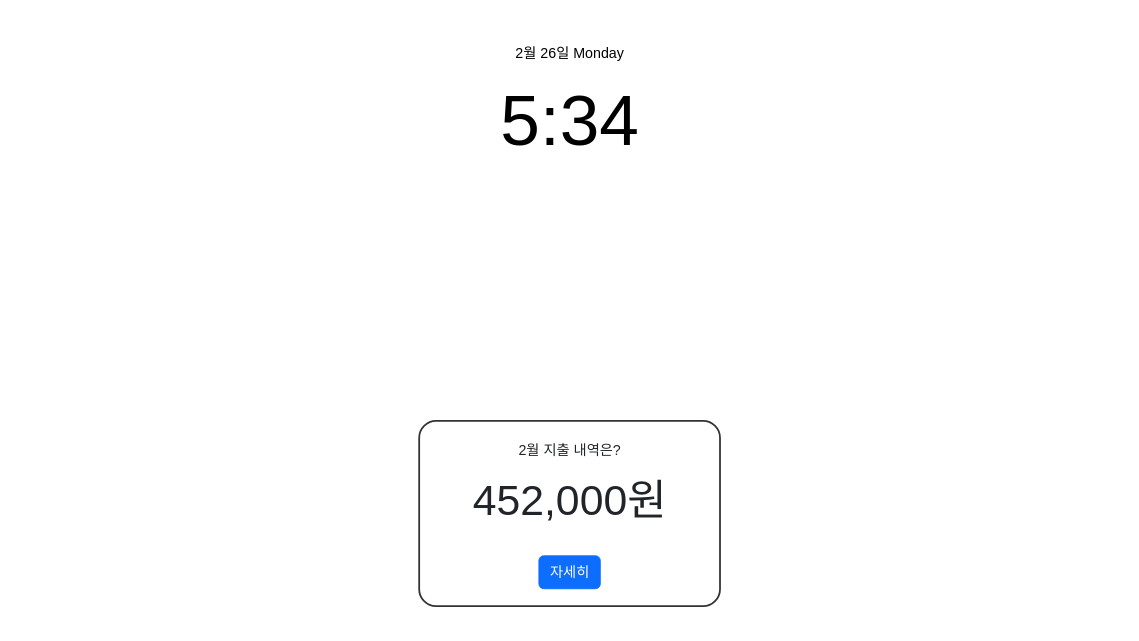
Repository: kimSummerrain/KairosHackathon
Page: venvs/karios/templates/startscreen.html
The author's editor kept a copy of each file at every save. The page is drawn from the files as they stood at one save, then again after the next save.
The browser window is 1280 px wide. The pictures show the whole page, at 89% of full size.

Above is the page before, as saved 2024-02-26 18:20:01.

### venvs/karios/templates/startscreen.html
<!DOCTYPE html>
<html lang="en">

<head>
    <meta charset="UTF-8">
    <meta name="viewport" content="width=device-width, initial-scale=1.0">
    <title>Document</title>
    <link href="https://cdn.jsdelivr.net/npm/bootstrap@5.3.3/dist/css/bootstrap.min.css" rel="stylesheet"
        integrity="sha384-QWTKZyjpPEjISv5WaRU9OFeRpok6YctnYmDr5pNlyT2bRjXh0JMhjY6hW+ALEwIH" crossorigin="anonymous">
    <script src="https://cdn.jsdelivr.net/npm/bootstrap@5.3.3/dist/js/bootstrap.bundle.min.js"
        integrity="sha384-YvpcrYf0tY3lHB60NNkmXc5s9fDVZLESaAA55NDzOxhy9GkcIdslK1eN7N6jIeHz"
        crossorigin="anonymous"></script>
    <link href="static/css/main-style.css" rel="stylesheet" />
</head>

<body>
    <div class="container-fluid p-5 bg-white text-black text-center">
        <p id="date"></p>
        <h1 id="time"></h1>
        <h1 class="margin-top"></h1>
    </div>
    <div class="rounded-rectangle">
        <p id="month"></p>
        <p id="amount"></p>
        <h2>452,000원</h2>
        <br>
        <a class="btn btn-primary" href="/detail">자세히</a>
    </div>
    <!-- date js -->
    <script src="static/js/date.js"></script>
</body>

</html>

### venvs/karios/static/css/main-style.css
html,
body {
    margin: 0;
    padding: 0;
    font-family: Arial, Helvetica Neue, Helvetica, sans-serif;
}

#calendar {
    max-width: 1100px;
    margin: 40px auto;
}

a.fc-daygrid-day-number {
    color: black;
    text-decoration: none;
}

a.fc-col-header-cell-cushion {
    color: black;
    text-decoration: none;
}

.navbar-nav .nav-link {
    font-size: 18px;
}

.rounded-rectangle {
    width: 340px;
    /* 직사각형의 너비 */
    height: 210px;
    /* 직사각형의 높이 */
    background-color: #ffffff;
    /* 배경색 */
    border-radius: 20px;
    /* 꼭짓점을 둥글게 하는 정도 */
    margin: 0px auto 0;
    /* rectangle과 겹치도록 마진 조정 */
    padding: 20px;
    /* 내부 여백 */
    text-align: center;
    /* 내용을 가운데 정렬 */
    border: 2px solid #333;
    /* 테두리의 두께와 색상 */
    position: relative;
    /* 포지션을 상대위치로 설정하여 겹치게 함 */
    /* z-index: -1; */
    /* 겹치는 요소의 순서를 지정 */
}

h1 {
    font-size: 5em;
}

h2 {
    font-size: 3em;

}

.margin-top {
    margin-top: 240px;
}

.text-start {
    font-size: 24px;
}

.text-second {
    font-size: 15px;
}

### venvs/karios/static/js/date.js
// 현재 날짜를 가져와서 표시하는 함수
function displayDate() {
    var today = new Date(); // 현재 날짜 및 시간 가져오기
    var month = today.getMonth() + 1; // 월 가져오기 (0부터 시작하므로 +1)
    var day = today.getDate(); // 일 가져오기
    var dayOfWeek = today.toLocaleDateString('en-US', { weekday: 'long' }); // 요일 가져오기
    var hour = today.getHours(); // 시간 가져오기
    var minute = today.getMinutes(); // 분 가져오기

    minute = minute < 10 ? '0' + minute : minute;

    // HTML 요소에 날짜와 요일 표시
    document.getElementById('date').innerHTML = month + '월 ' + day + '일 ' + dayOfWeek;
    document.getElementById('time').innerHTML = hour + ':' + minute;
    document.getElementById('month').innerHTML = month + '월 지출 내역은?';
}

// 페이지가 로드될 때 displayDate 함수 실행
window.onload = function () {
    // 매 초마다 updateDateTime 함수를 호출하여 시간을 업데이트
    setInterval(displayDate, 1000); // 1000ms = 1초
    // 최초 로드시 한번 호출하여 초기화
    displayDate();
};

After the next save:
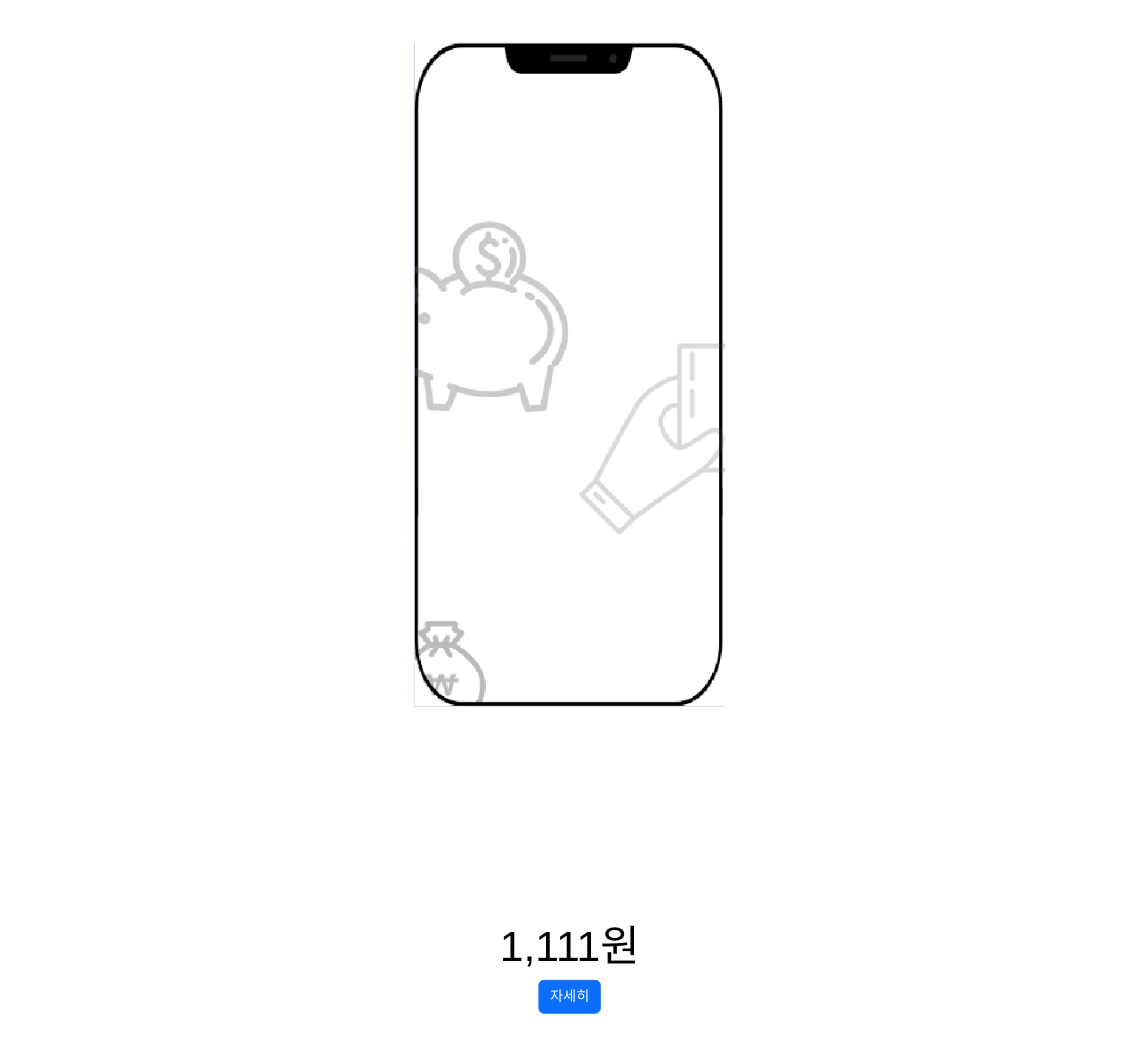
Saved 101 s later.
--- a/venvs/karios/templates/startscreen.html
+++ b/venvs/karios/templates/startscreen.html
@@ -14,20 +14,20 @@
 </head>
 
 <body>
-    <div class="container-fluid p-5 bg-white text-black text-center">
-        <p id="date"></p>
-        <h1 id="time"></h1>
-        <h1 class="margin-top"></h1>
+    <div class="container-fluid p-5 bg-white text-black text-center ">
+        <div class="container-img">
+            <img src="smartphone.png" alt="">
+            <div class="text-overlay">
+                <p id="date"></p>
+                <h1 id="time"></h1>
+                <h1 class="margin-top"></h1>
+                <h5 id="month"></h5>
+                <h2>1,111원</h2>
+                <button class="btn btn-primary">자세히</button>
+            </div>
+        </div>
+
     </div>
-    <div class="rounded-rectangle">
-        <p id="month"></p>
-        <p id="amount"></p>
-        <h2>452,000원</h2>
-        <br>
-        <a class="btn btn-primary" href="/detail">자세히</a>
-    </div>
-    <!-- date js -->
-    <script src="static/js/date.js"></script>
 </body>
 
 </html>
